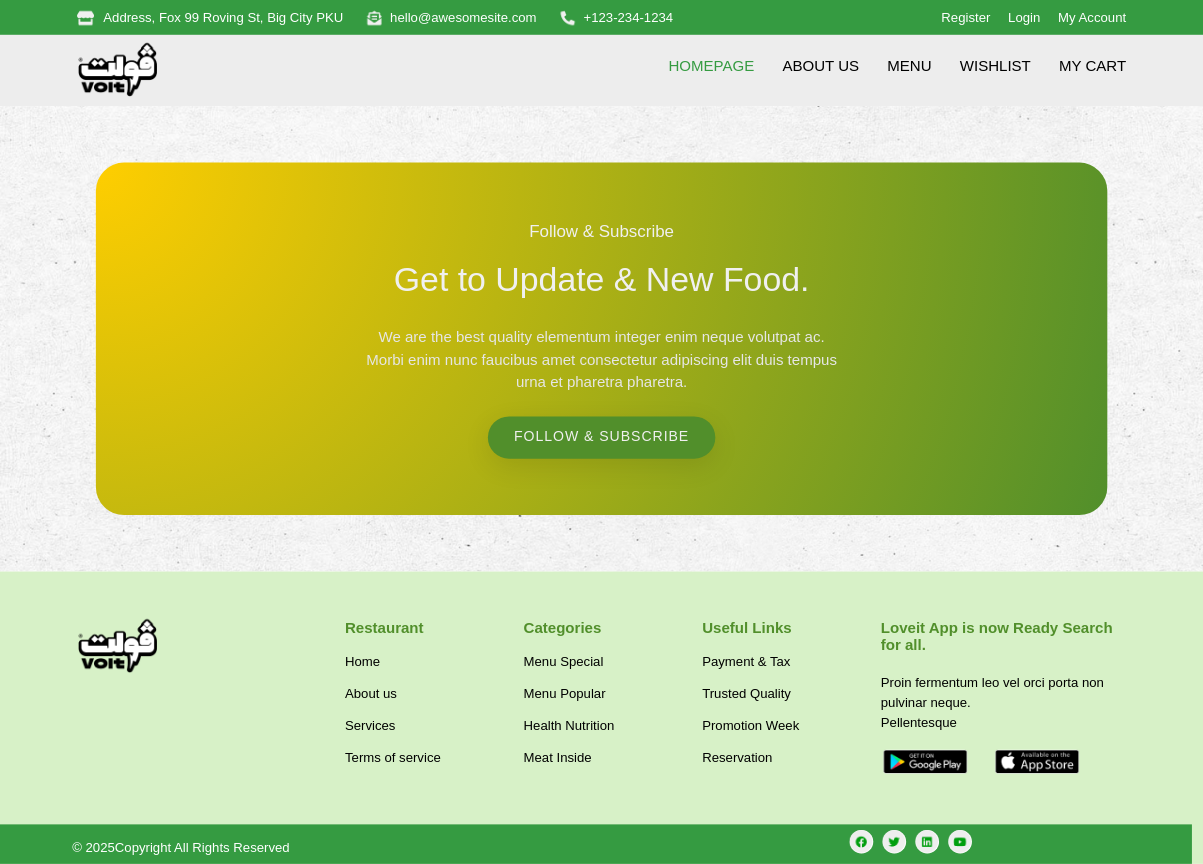
Repository: junivig/volt-new-project
Page: checkout.html
These files come from the project's save history. The page is drawn as it stood at one moment and after the next save; the edit follows.
The browser window is 1280 px wide. The pictures show the whole page, at 94% of full size.

Above is the page before, as saved 2025-01-31 17:53:19.

### checkout.html
<!DOCTYPE html>
<html lang="en">

<head>
  <meta charset="utf-8">
  <meta content="width=device-width, initial-scale=1.0" name="viewport">
  <title>About - Voltfood</title>
  <meta name="description" content="">
  <meta name="keywords" content="">

  <!-- Favicons -->
  <link href="assets/img/favicon.png" rel="icon">
  <link href="assets/img/apple-touch-icon.png" rel="apple-touch-icon">

  <!-- Fonts -->
  <link href="https://fonts.googleapis.com" rel="preconnect">
  <link href="https://fonts.gstatic.com" rel="preconnect" crossorigin>
  <link href="https://fonts.googleapis.com/css2?family=Roboto:ital,wght@0,100;0,300;0,400;0,500;0,700;0,900;1,100;1,300;1,400;1,500;1,700;1,900&family=Raleway:ital,wght@0,100;0,200;0,300;0,400;0,500;0,600;0,700;0,800;0,900;1,100;1,200;1,300;1,400;1,500;1,600;1,700;1,800;1,900&family=Ubuntu:ital,wght@0,300;0,400;0,500;0,700;1,300;1,400;1,500;1,700&display=swap" rel="stylesheet">

  <!-- Vendor CSS Files -->
  <link href="assets/vendor/bootstrap/css/bootstrap.min.css" rel="stylesheet">
  <link href="assets/vendor/bootstrap-icons/bootstrap-icons.css" rel="stylesheet">
  <link href="assets/vendor/aos/aos.css" rel="stylesheet">
  <link href="assets/vendor/glightbox/css/glightbox.min.css" rel="stylesheet">
  <link href="assets/vendor/swiper/swiper-bundle.min.css" rel="stylesheet">

  <!-- Main CSS File -->
  <link href="assets/css/main.css" rel="stylesheet">

  <!-- =======================================================
  * Template Name: eNno
  * Template URL: https://bootstrapmade.com/enno-free-simple-bootstrap-template/
  * Updated: Aug 07 2024 with Bootstrap v5.3.3
  * Author: BootstrapMade.com
  * License: https://bootstrapmade.com/license/
  ======================================================== -->
</head>

<body class="index-page">

  <header id="header" class="header ">
    <div class="container-fluid  top-header">
      <div class="container-xl">
          <div class="row align-items-center">
              <div class="col-md-8 d-flex align-items-center">
                <nav id="navmenu" class="navmenu">
                  <ul>
                <li class="">
                  <img src="assets/img/location-icon.png" alt="Location Icon" class="icon-right">
                  <span class="top-header-text">Address, Fox 99 Roving St, Big City PKU</span>
              </li>
                <li class="">
                  <img src="assets/img/email-icon.png" alt="Email Icon" class="icon-right">
                  <span class="top-header-text">hello@awesomesite.com</span>
              </li>
              <li class="">
                <img src="assets/img/phone-icon.png" alt="Phone Icon" class="icon-right">
                <span class="top-header-text">+123-234-1234</span>
            </li>
                  </ul>
                </nav>
              </div>
              <div class="col-md-4 text-end">
                  <a href="#" >Register</a>
                  <a href="#">Login</a>
                  <a href="#">My Account</a>
              </div>
          </div>
        </div>
  </div>
    <div class="container-fluid container-xl position-relative d-flex align-items-center">

      <a href="index.html" class="logo d-flex align-items-center me-auto">

        <img src="assets/img/logo.png" alt="Logo Image">
      </a>

      <nav id="navmenu" class="navmenu">
        <ul>
          <li><a href="index.html" class="active">HOMEPAGE</a></li>
          <li><a href="about.html">ABOUT US</a></li>
          <li><a href="menu.html">MENU</a></li>
          <li><a href="#">WISHLIST</a></li>
          <li><a href="#">MY CART</a></li>
          <!-- <li class="dropdown"><a href="#"><span>Dropdown</span> <i class="bi bi-chevron-down toggle-dropdown"></i></a>
            <ul>
              <li><a href="#">Dropdown 1</a></li>
              <li class="dropdown"><a href="#"><span>Deep Dropdown</span> <i class="bi bi-chevron-down toggle-dropdown"></i></a>
                <ul>
                  <li><a href="#">Deep Dropdown 1</a></li>
                  <li><a href="#">Deep Dropdown 2</a></li>
                  <li><a href="#">Deep Dropdown 3</a></li>
                  <li><a href="#">Deep Dropdown 4</a></li>
                  <li><a href="#">Deep Dropdown 5</a></li>
                </ul>
              </li>
              <li><a href="#">Dropdown 2</a></li>
              <li><a href="#">Dropdown 3</a></li>
              <li><a href="#">Dropdown 4</a></li>
            </ul>
          </li> -->
        </ul>
        <i class="mobile-nav-toggle d-xl-none bi bi-list"></i>
      </nav>

      <!-- <a class="btn-getstarted" href="index.html#about">Get Started</a> -->

    </div>
  </header>

  <main class="main">


        <!-- Checkout Section -->
      <!-- /Checkout Section -->


  </main>





 <!-- /Subscribe Footer Section -->
 <section class="bg-image">
  <div class="footer-newsletter">
    <div class="container">
      <div class="row justify-content-center text-center">
        <div class="col-lg-6">
          <p class="footer-newsletter-sub-heading">Follow & Subscribe</p>
          <h4 class="footer-newsletter-heading">Get to Update & New Food.</h4>
          <p class="footer-newsletter-text">We are the best quality elementum integer enim neque volutpat ac. Morbi enim nunc
            faucibus amet consectetur adipiscing elit duis tempus urna et pharetra pharetra.</p>
            <div class="mt-4">
            <a href="#about" class="subscribe-button">FOLLOW & SUBSCRIBE</a>
          </div>
        </div>
      </div>
    </div>
  </div>
</section><!-- /Subscribe Footer Section -->

  <footer id="footer" class="footer">



    <div class="container footer-top">
      <div class="row gy-4">
        <div class="col-lg-3 col-md-6 footer-about">
          <a href="index.html" class="logo d-flex align-items-center me-auto">
            <img src="assets/img/logo.png" alt="Logo Image">
          </a>

        </div>

        <div class="col-lg-2 col-md-3 footer-links">
          <h4 class="footer-pages-heading">Restaurant</h4>
          <ul>
            <li> <a href="#">Home</a></li>
            <li> <a href="#">About us</a></li>
            <li> <a href="#">Services</a></li>
            <li> <a href="#">Terms of service</a></li>
          </ul>
        </div>

        <div class="col-lg-2 col-md-3 footer-links">
          <h4 class="footer-pages-heading">Categories</h4>
          <ul>
            <li> <a href="#">Menu Special</a></li>
            <li> <a href="#">Menu Popular</a></li>
            <li> <a href="#">Health Nutrition</a></li>
            <li> <a href="#">Meat Inside</a></li>
          </ul>
        </div>
        <div class="col-lg-2 col-md-3 footer-links">
          <h4 class="footer-pages-heading">Useful Links</h4>
          <ul>
            <li> <a href="#">Payment & Tax</a></li>
            <li> <a href="#">Trusted Quality</a></li>
            <li> <a href="#">Promotion Week</a></li>
            <li> <a href="#">Reservation</a></li>
          </ul>
        </div>

        <div class="col-lg-3 col-md-12">
          <h4 class="footer-pages-heading">Loveit App is now Ready Search for all.</h4>
          <p>Proin fermentum leo vel orci porta non pulvinar neque. <br> Pellentesque</p>
          <div class="row">
            <div class="col-lg-5 col-md-6 col-sm-12">
              <img src="assets/img/android.png" alt="Google Play Image" class="mobile-app-image">
           </div>
           <div class="col-lg-5 col-md-6 col-sm-12">
            <img src="assets/img/apple.png" alt="Apple Store Image" class="mobile-app-image">
         </div>
        </div>

      </div>
    </div>
    </div>
    <div class="row copyright mt-4">
      <div class="row">
      <div class="col-lg-6 col-md-12 col-sm-12">
        <p class="mt-2">© 2025<span>Copyright All Rights Reserved</span></p>
      </div>
      <div class="col-lg-3 col-md-12 col-md-12">
      </div>
      <div class="col-lg-3 col-md-12 col-md-12 social-media-icons">
        <div class="social-links d-flex text-end">
          <a href=""><img src="assets/img/facebook.png" alt="Logo Image"></a>
          <a href=""><img src="assets/img/twitter.png" alt="Logo Image"></a>
          <a href=""><img src="assets/img/linkedin.png" alt="Logo Image"></i></a>
          <a href=""><img src="assets/img/youtube.png" alt="Logo Image"></i></a>
        </div>
      </div>
      </div>
    </div>
  </footer>

  <!-- Scroll Top -->
  <a href="#" id="scroll-top" class="scroll-top d-flex align-items-center justify-content-center"><i class="bi bi-arrow-up-short"></i></a>

  <!-- Preloader -->
  <div id="preloader"></div>

  <!-- Vendor JS Files -->
  <script src="assets/vendor/bootstrap/js/bootstrap.bundle.min.js"></script>
  <script src="assets/vendor/php-email-form/validate.js"></script>
  <script src="assets/vendor/aos/aos.js"></script>
  <script src="assets/vendor/glightbox/js/glightbox.min.js"></script>
  <script src="assets/vendor/purecounter/purecounter_vanilla.js"></script>
  <script src="assets/vendor/imagesloaded/imagesloaded.pkgd.min.js"></script>
  <script src="assets/vendor/isotope-layout/isotope.pkgd.min.js"></script>
  <script src="assets/vendor/swiper/swiper-bundle.min.js"></script>
  <script>
    fetch("footer.html")
      .then(response => response.text())
      .then(data => document.getElementById("footer-placeholder").innerHTML = data)
      .catch(error => console.error("Error loading the footer:", error));
  </script>

  <!-- Main JS File -->
  <script src="assets/js/main.js"></script>

</body>

</html>

### footer.html
<!-- Subscribe Footer Section -->
<section class="bg-image">
    <div class="footer-newsletter">
      <div class="container">
        <div class="row justify-content-center text-center">
          <div class="col-lg-6">
            <p class="footer-newsletter-sub-heading">Follow & Subscribe</p>
            <h4 class="footer-newsletter-heading">Get to Update & New Food.</h4>
            <p class="footer-newsletter-text">We are the best quality elementum integer enim neque volutpat ac. Morbi enim nunc
              faucibus amet consectetur adipiscing elit duis tempus urna et pharetra pharetra.</p>
            <div class="mt-4">
              <a href="#about" class="subscribe-button">FOLLOW & SUBSCRIBE</a>
            </div>
          </div>
        </div>
      </div>
    </div>
  </section>


  <footer id="footer" class="footer">
    <div class="container footer-top">
      <div class="row gy-4">
        <div class="col-lg-3 col-md-6 footer-about">
          <a href="index.html" class="logo d-flex align-items-center me-auto">
            <img src="assets/img/logo.png" alt="Logo Image">
          </a>
        </div>

        <div class="col-lg-2 col-md-3 footer-links">
          <h4 class="footer-pages-heading">Restaurant</h4>
          <ul>
            <li><a href="#">Home</a></li>
            <li><a href="#">About us</a></li>
            <li><a href="#">Services</a></li>
            <li><a href="#">Terms of service</a></li>
          </ul>
        </div>

        <div class="col-lg-2 col-md-3 footer-links">
          <h4 class="footer-pages-heading">Categories</h4>
          <ul>
            <li><a href="#">Menu Special</a></li>
            <li><a href="#">Menu Popular</a></li>
            <li><a href="#">Health Nutrition</a></li>
            <li><a href="#">Meat Inside</a></li>
          </ul>
        </div>

        <div class="col-lg-2 col-md-3 footer-links">
          <h4 class="footer-pages-heading">Useful Links</h4>
          <ul>
            <li><a href="#">Payment & Tax</a></li>
            <li><a href="#">Trusted Quality</a></li>
            <li><a href="#">Promotion Week</a></li>
            <li><a href="#">Reservation</a></li>
          </ul>
        </div>

        <div class="col-lg-3 col-md-12">
          <h4 class="footer-pages-heading">Loveit App is now Ready Search for all.</h4>
          <p>Proin fermentum leo vel orci porta non pulvinar neque. <br> Pellentesque</p>
          <div class="row">
            <div class="col-lg-5 col-md-6 col-sm-12">
              <img src="assets/img/android.png" alt="Google Play Image" class="mobile-app-image">
            </div>
            <div class="col-lg-5 col-md-6 col-sm-12">
              <img src="assets/img/apple.png" alt="Apple Store Image" class="mobile-app-image">
            </div>
          </div>
        </div>
      </div>
    </div>

    <div class="row copyright mt-4">
      <div class="row">
        <div class="col-lg-6 col-md-12 col-sm-12">
          <p class="mt-2">&copy; 2025 <span>Copyright All Rights Reserved</span></p>
        </div>
        <div class="col-lg-3 col-md-12 col-md-12"></div>
        <div class="col-lg-3 col-md-12 col-md-12 social-media-icons">
          <div class="social-links d-flex text-end">
            <a href=""><img src="assets/img/facebook.png" alt="Logo Image"></a>
            <a href=""><img src="assets/img/twitter.png" alt="Logo Image"></a>
            <a href=""><img src="assets/img/linkedin.png" alt="Logo Image"></a>
            <a href=""><img src="assets/img/youtube.png" alt="Logo Image"></a>
          </div>
        </div>
      </div>
    </div>
  </footer>

Loaded but not shown: assets/vendor/bootstrap/css/bootstrap.min.css (library); assets/vendor/bootstrap-icons/bootstrap-icons.css (library); assets/vendor/aos/aos.css (library); assets/vendor/glightbox/css/glightbox.min.css (library); assets/vendor/swiper/swiper-bundle.min.css (library); assets/vendor/bootstrap/js/bootstrap.bundle.min.js (library); assets/vendor/php-email-form/validate.js (common file); assets/vendor/aos/aos.js (library); assets/vendor/glightbox/js/glightbox.min.js (library); assets/vendor/purecounter/purecounter_vanilla.js (library); assets/vendor/imagesloaded/imagesloaded.pkgd.min.js (library); assets/vendor/isotope-layout/isotope.pkgd.min.js (library); assets/vendor/swiper/swiper-bundle.min.js (library); assets/js/main.js (209 lines, source omitted); assets/css/main.css (2370 lines, source omitted)

After the next save:
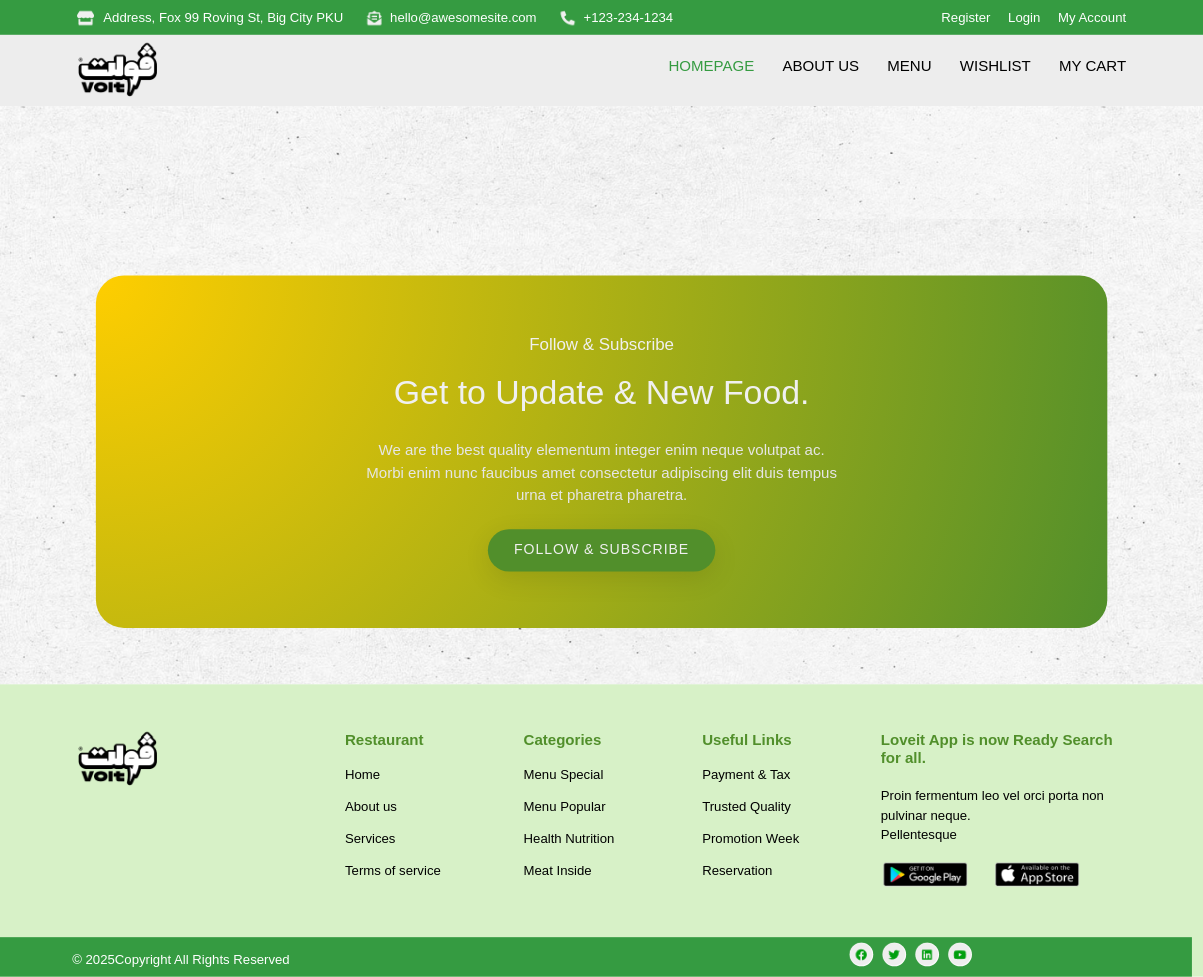
Saved 38 s later.
--- a/checkout.html
+++ b/checkout.html
@@ -112,6 +112,10 @@
 
 
         <!-- Checkout Section -->
+        <section id="testimonials" class="testimonials section light-background bg-image">
+
+
+        </section>
       <!-- /Checkout Section -->
 
 
